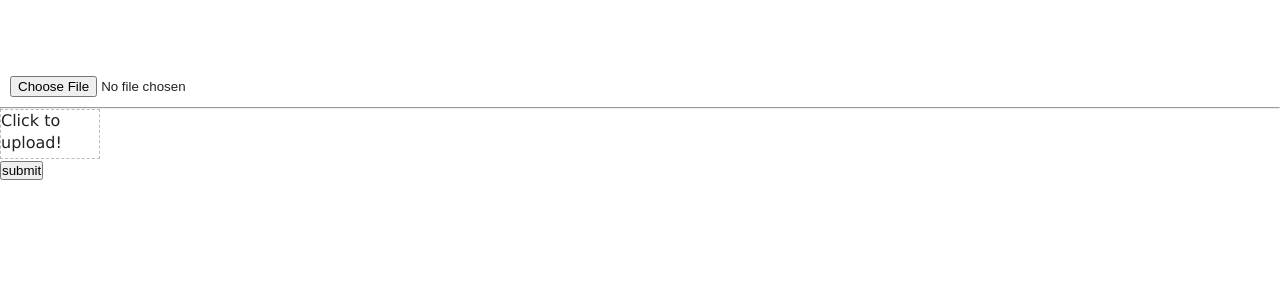
Repository: kiranb555/resort
Page: /
These files come from the project's save history. The page is drawn as it stood at one moment and after the next save; the edit follows.
The browser window is 1280 px wide. The pictures show the whole page.
The project was rebuilt for these pictures with package versions that can differ from the ones it lists, and the page was loaded fresh each time.

Above is the page before, as saved 2019-09-15 23:24:27.

After the next save:
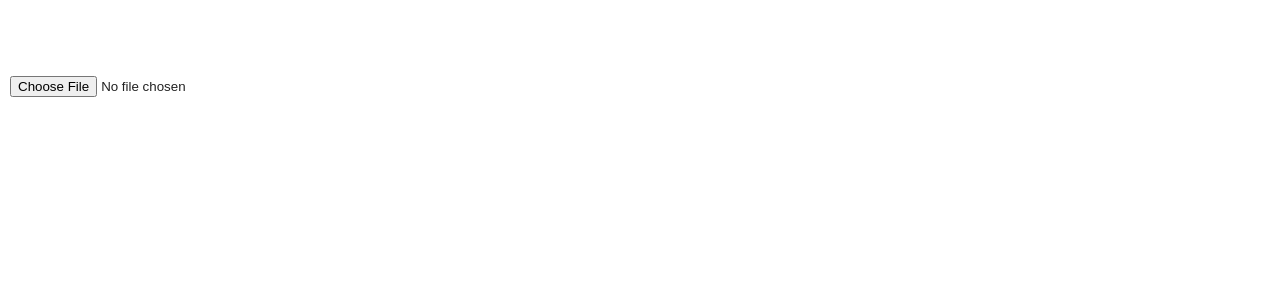
Saved 35 s later.
--- a/src/components/main.jsx
+++ b/src/components/main.jsx
@@ -30,15 +30,6 @@ ExcelRenderer(fileObj, (err, resp) => {
         return (
             <div>
                 <input type="file" onChange={this.clickHandler} style={{"padding":"10px"}} />
-
-                <br/>
-                <hr/>
-
-                <form action="#type your action here" method="POST" enctype="multipart/form-data">
-  <div id="yourBtn" style={{height: "50px",width: "100px",border: "1px dashed #BBB", cursor:"pointer"}} onclick="getFile()">Click to upload!</div>
-  <div style={{height:" 0px",width:"0px",overflow:"hidden"}}><input id="upfile" type="file" /></div>
-  <input type="submit" value='submit' />
-</form>
             </div>
         )
     }
